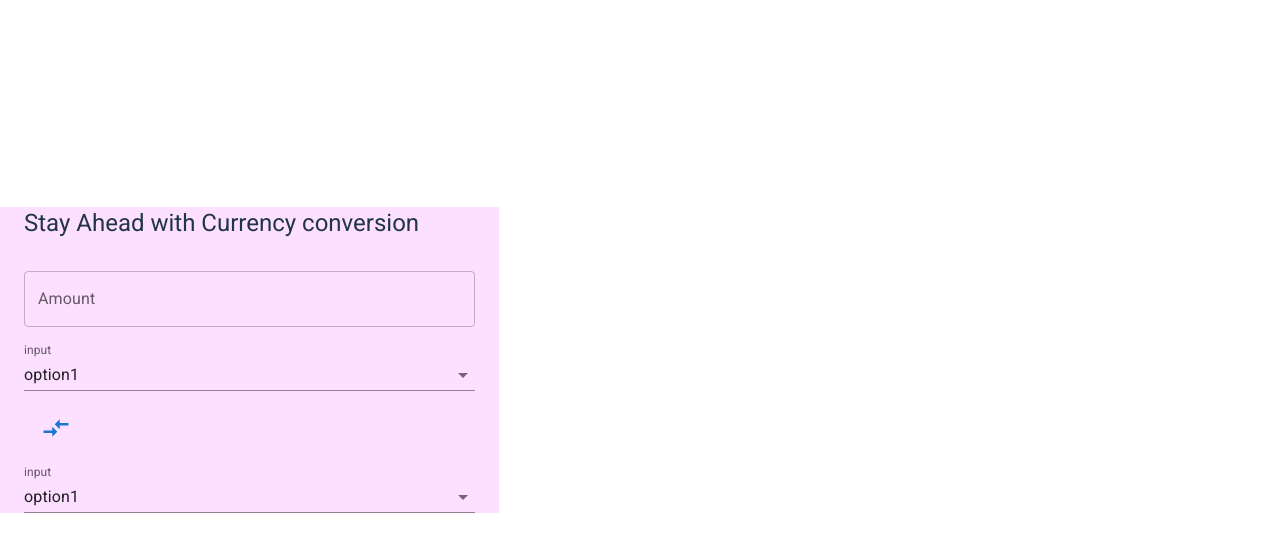
Repository: Asad-devv/CURRENCY
Page: /
The author's editor kept a copy of each file at every save. The page is drawn from the files as they stood at one save, then again after the next save.
The browser window is 1280 px wide. The pictures show the whole page.
The project was rebuilt for these pictures with package versions that can differ from the ones it lists, and the page was loaded fresh each time. Also part of the build but not shown: craco.config.js.

Above is the page before, as saved 2023-03-01 22:23:31.

After the next save:
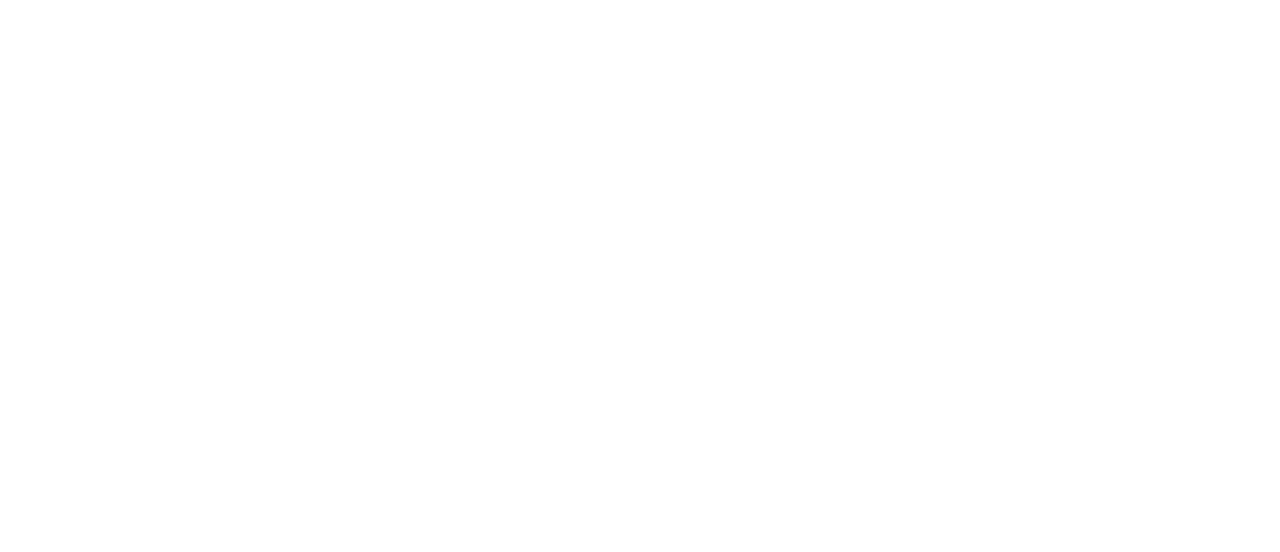
Console error: ReferenceError: heih is not defined
Saved 5 s later.
--- a/src/components/SwitchCurrency.jsx
+++ b/src/components/SwitchCurrency.jsx
@@ -5,7 +5,7 @@
 const SwitchCurrency = () => {
   return (
     <Grid item>
-    <Button sx={{borderRadius:1, }}><CompareArrowsIcon sx={{fontSize : 30}}/></Button>
+    <Button sx={{borderRadius:1, heih}}><CompareArrowsIcon sx={{fontSize : 30}}/></Button>
   </Grid>
   )
 }

After the 4 saves that followed:
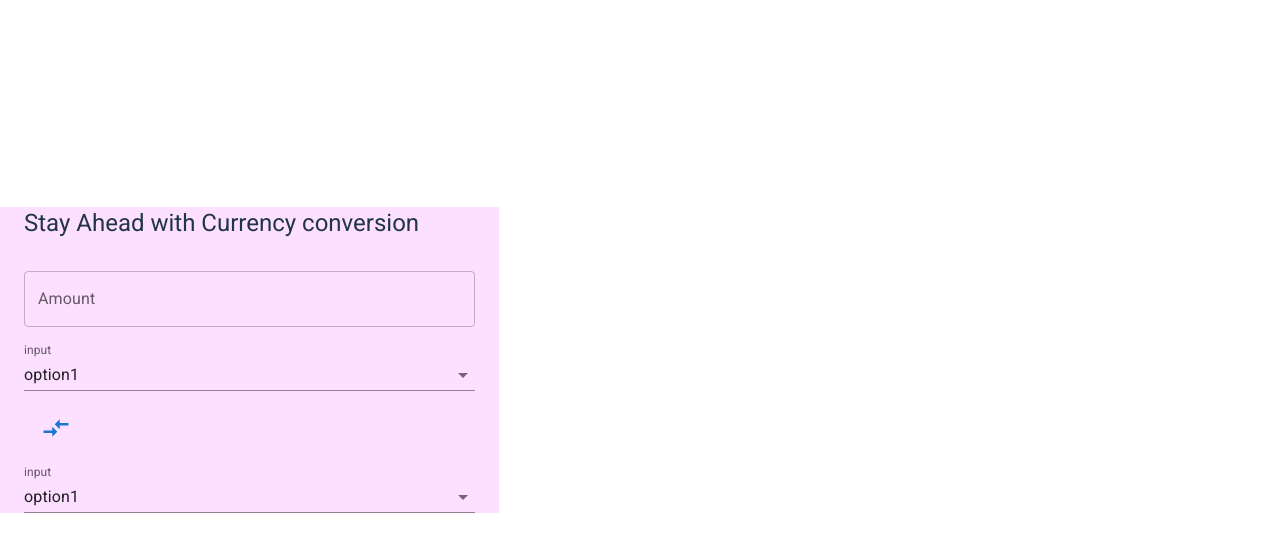
The error is gone.
The 4 saves are shown as one change because they came seconds apart.
The last was saved 12 s later.
--- a/src/components/SwitchCurrency.jsx
+++ b/src/components/SwitchCurrency.jsx
@@ -5,7 +5,7 @@
 const SwitchCurrency = () => {
   return (
     <Grid item>
-    <Button sx={{borderRadius:1, heih}}><CompareArrowsIcon sx={{fontSize : 30}}/></Button>
+    <Button sx={{borderRadius:1, height : "100%"}}><CompareArrowsIcon sx={{fontSize : 30}}/></Button>
   </Grid>
   )
 }
